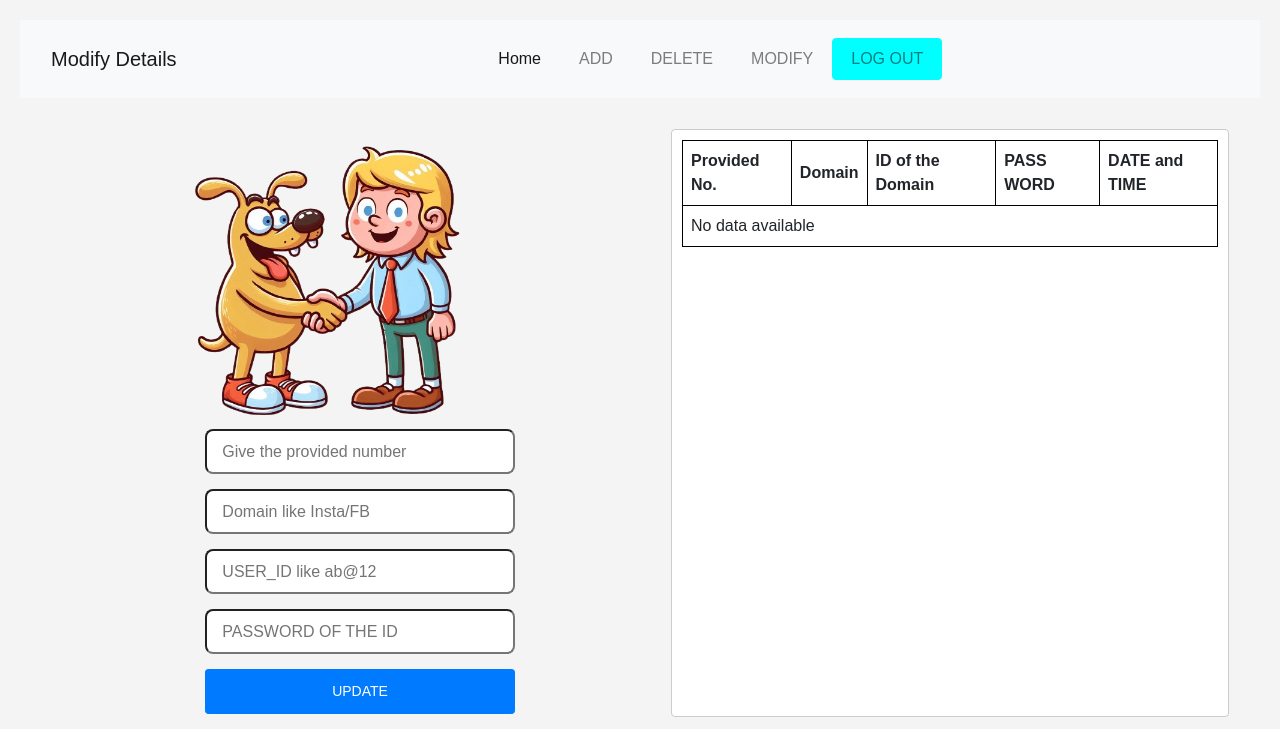
Repository: wizzy-abhishek/Projects
Page: http://localhost/Iam_Doing/Modify.jsp
The author's editor kept a copy of each file at every save. The page is drawn from the files as they stood at one save, then again after the next save.
The browser window is 1280 px wide. The pictures show the whole page.
Some web libraries are served in a nearby version. The page is served by Tomcat 10. Nobody is signed in. The application's start-up code is not run.

Above is the page before, as saved 2024-06-29 08:53:18.

After the next save:
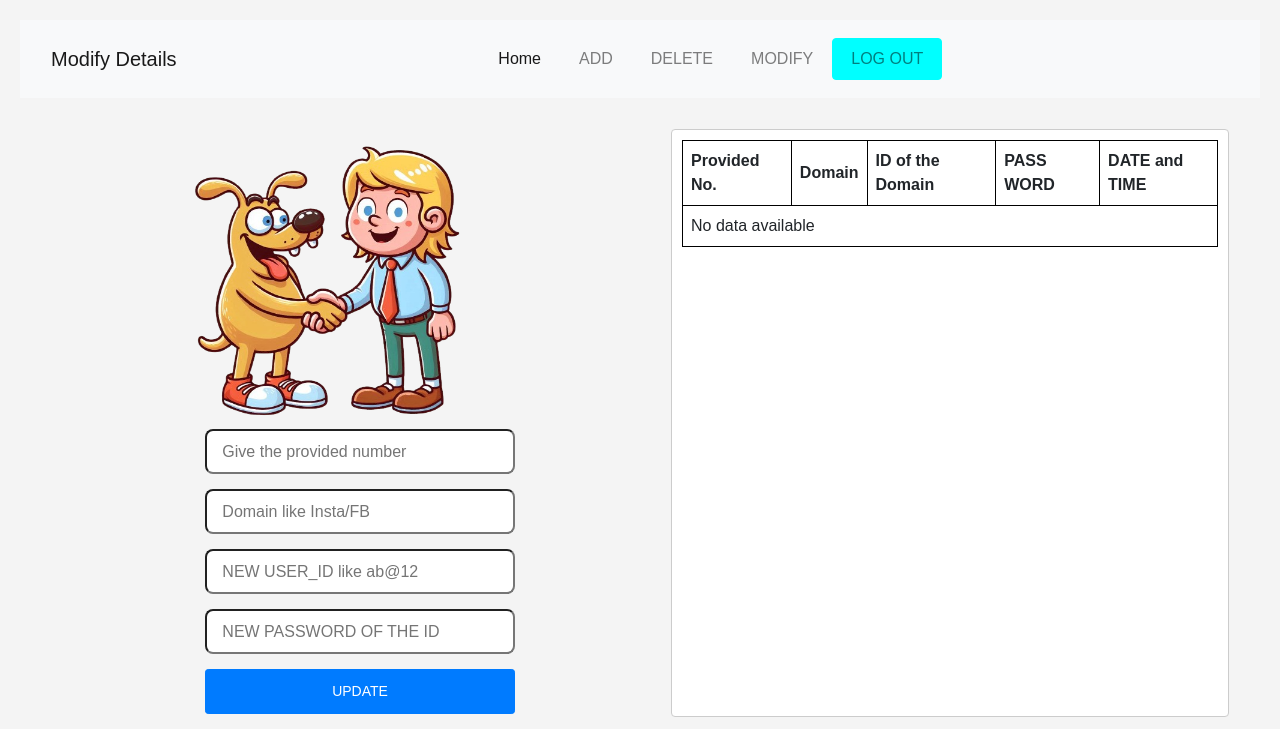
Saved 4 s later.
--- a/Iam_Doing/src/main/webapp/Modify.jsp
+++ b/Iam_Doing/src/main/webapp/Modify.jsp
@@ -65,13 +65,13 @@
             <input type="text" name="Provided_number" placeholder=" &nbsp Give the provided number " required style="width: 310px; height: 45px; margin: 0 auto;">
         </div>
         <div class="form-group">
-            <input type="text" name="New Domain" placeholder=" &nbsp Domain like Insta/FB" required style="width: 310px; height: 45px; margin: 0 auto;">
+            <input type="text" name="New_Domain" placeholder=" &nbsp Domain like Insta/FB" required style="width: 310px; height: 45px; margin: 0 auto;">
         </div>
         <div class="form-group">
-            <input type="text" name=" New UserId_of_Domain" placeholder=" &nbsp USER_ID like ab@12" required  style="width: 310px; height: 45px; margin: 0 auto;">
+            <input type="text" name="New_UserId_of_Domain" placeholder=" &nbsp NEW USER_ID like ab@12" required  style="width: 310px; height: 45px; margin: 0 auto;">
         </div>
         <div class="form-group">
-            <input type="text" name="New Password_of_User_ID" placeholder=" &nbsp PASSWORD OF THE ID" required  style="width: 310px; height: 45px; margin: 0 auto;">
+            <input type="text" name="New_Password_of_User_ID" placeholder=" &nbsp NEW PASSWORD OF THE ID" required  style="width: 310px; height: 45px; margin: 0 auto;">
         </div>
         <div class="form-group">
             <button type="submit" class="btn btn-primary btn-sm"  style="width: 310px; height: 45px; margin: 0 auto;">UPDATE</button>
